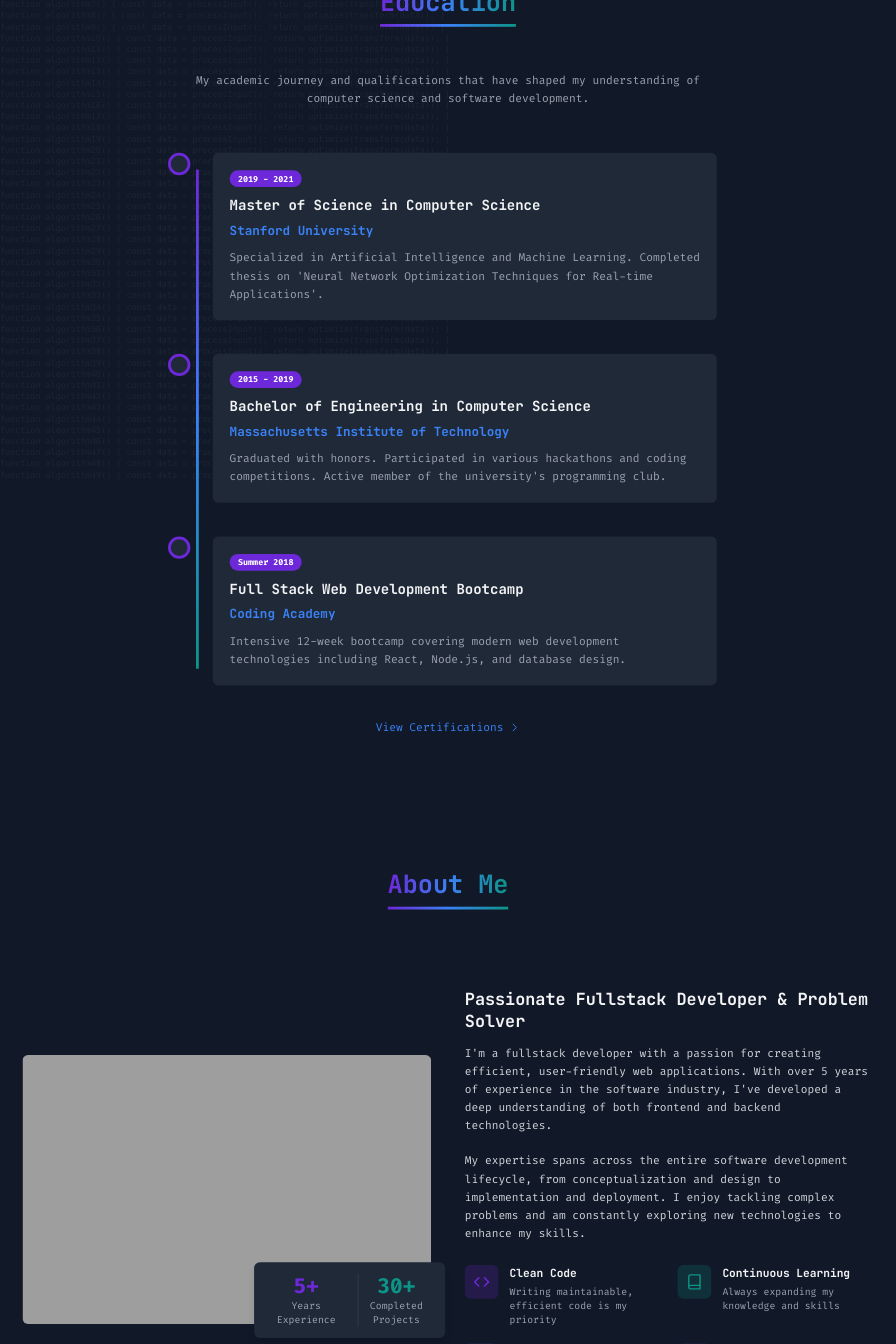
Repository: Saquib45/portfolio
Page: /
An editor plug-in stored every save of this project. The page is shown before and after the next save, followed by the edit.
The browser window is 1280 px wide. The pictures show the part of the page from y = 4176 to 6096 px (the page is 7712 px tall before and 7425 px after), at 70% of full size.
Pictures or frames that could not be fetched are drawn as grey boxes. The project was rebuilt for these pictures with package versions that can differ from the ones it lists, and the page was loaded fresh each time. Also part of the build but not shown: vite.config.ts.

Above is the page before, as saved 2025-04-23 21:45:15.

After the next save:
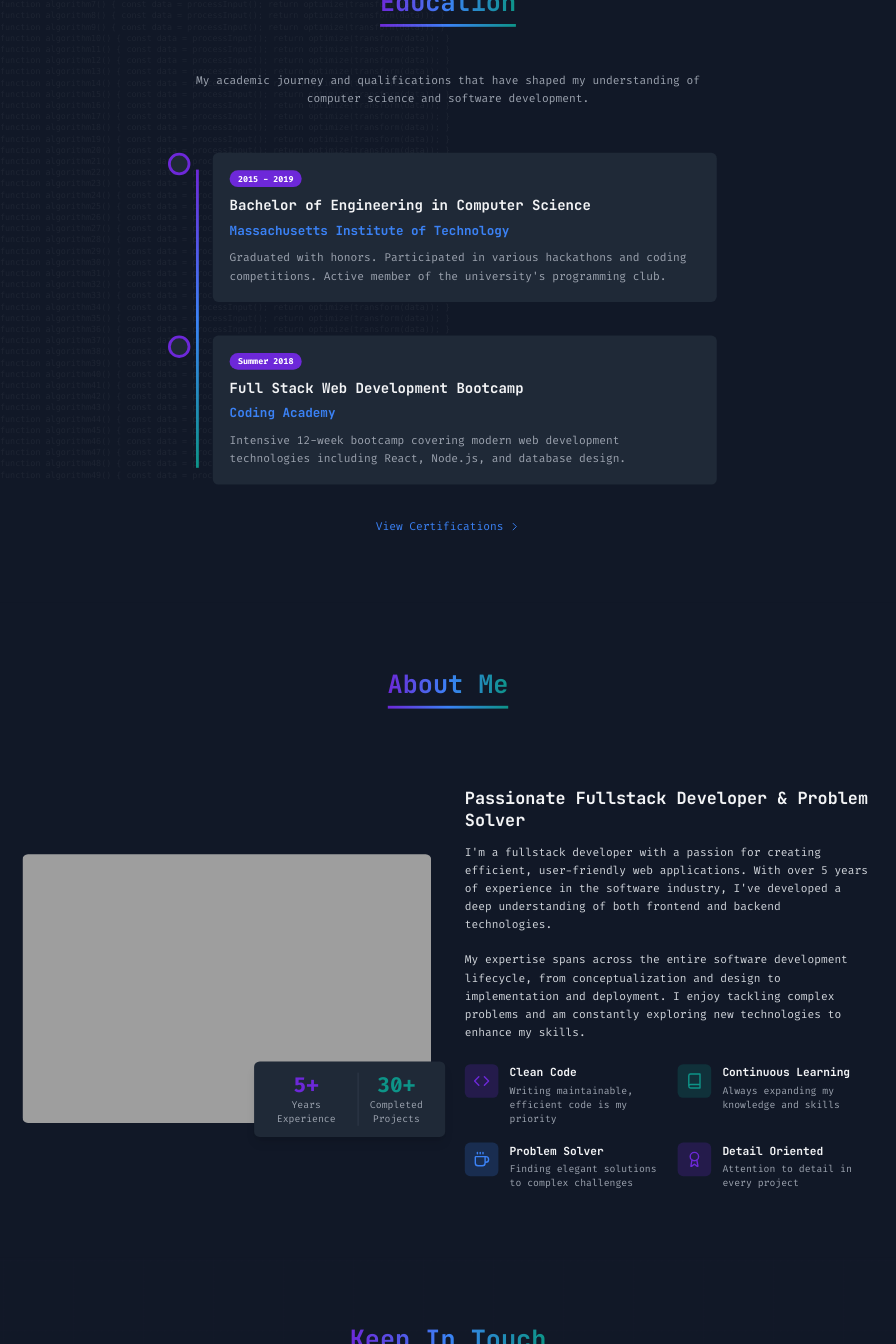
Saved 16 h 29 min later.
--- a/src/components/Education.tsx
+++ b/src/components/Education.tsx
@@ -35,12 +35,12 @@ const Education: React.FC = () => {
   };
 
   const education: EducationItem[] = [
-    {
-      degree: "Master of Science in Computer Science",
-      institution: "Stanford University",
-      period: "2019 - 2021",
-      description: "Specialized in Artificial Intelligence and Machine Learning. Completed thesis on 'Neural Network Optimization Techniques for Real-time Applications'."
-    },
+    // {
+    //   degree: "Master of Science in Computer Science",
+    //   institution: "Stanford University",
+    //   period: "2019 - 2021",
+    //   description: "Specialized in Artificial Intelligence and Machine Learning. Completed thesis on 'Neural Network Optimization Techniques for Real-time Applications'."
+    // },
     {
       degree: "Bachelor of Engineering in Computer Science",
       institution: "Massachusetts Institute of Technology",
